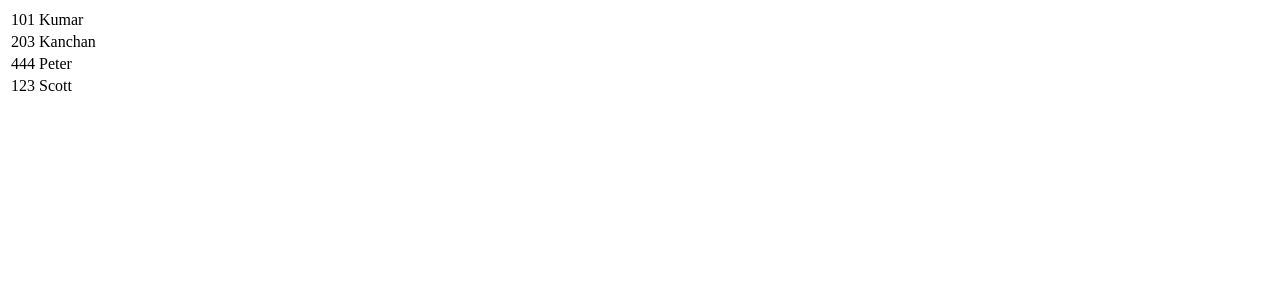
Repository: adithnaveen/SdetBatch3
Page: http://localhost/WebWorks/getemps
An editor plug-in stored every save of this project. The page is shown before and after the next save, followed by the edit.
The browser window is 1280 px wide. The pictures show the whole page.
The page is served by Tomcat 9. Other server files are loaded and not shown.

Above is the page before, as saved 2017-04-04 16:47:30.

### SDET4/WebWorks/WebContent/WEB-INF/views/showall.jsp

<%@page import="com.fannie.beans.Emp"%>
<%@page import="java.util.List"%>
<%@ page language="java" contentType="text/html; charset=ISO-8859-1"
    pageEncoding="ISO-8859-1"%>
<%@ taglib uri="http://java.sun.com/jsp/jstl/core" prefix="core" %>

<!DOCTYPE html PUBLIC "-//W3C//DTD HTML 4.01 Transitional//EN" "http://www.w3.org/TR/html4/loose.dtd">
<html>
<head>
<meta http-equiv="Content-Type" content="text/html; charset=ISO-8859-1">
<title>Insert title here</title>
</head>
<body>
<table>

<core:forEach items="${EMPS}" var="temp">
	<tr>
		<td>${temp.empId}</td>
		<td>${temp.empName }</td>
		<td></td>
	</tr>
</core:forEach>

</table>



</body>
</html>

### SDET4/WebWorks/src/com/fannie/GetAllEmpsController.java
package com.fannie;

import java.io.IOException;
import java.util.List;

import javax.servlet.ServletException;
import javax.servlet.annotation.WebServlet;
import javax.servlet.http.HttpServlet;
import javax.servlet.http.HttpServletRequest;
import javax.servlet.http.HttpServletResponse;

import com.fannie.beans.Emp;
import com.fannie.dao.EmpDAO;

/**
 * Servlet implementation class GetAllEmpsController
 */
@WebServlet("/getemps")
public class GetAllEmpsController extends HttpServlet {

	protected void doGet(HttpServletRequest request, HttpServletResponse response) throws ServletException, IOException {

		EmpDAO dao = new EmpDAO();
		List<Emp>  emps = dao.getAllEmps();

		String uri ="/WEB-INF/views/showall.jsp";

		request.setAttribute("EMPS", emps);
		request.getRequestDispatcher(uri).forward(request, response);
	}

}

### SDET4/WebWorks/src/com/fannie/dao/EmpDAO.java
package com.fannie.dao;

import java.util.ArrayList;
import java.util.List;

import com.fannie.beans.Emp;

public class EmpDAO {
	public List<Emp> getAllEmps(){
		// assume that this method will connect
		// to DB to get all emps
		// which comes from Week 1
		List<Emp> emps = new ArrayList<Emp>();

		emps.add(new Emp(101, "Kumar", 1212));
		emps.add(new Emp(203, "Kanchan", 3322));
		emps.add(new Emp(444, "Peter", 4433));
		emps.add(new Emp(123, "Scott", 7878));

		return emps;

	}


	public boolean insertEmp(Emp emp){
		return false;
	}

}

### SDET4/WebWorks/src/com/fannie/beans/Emp.java
package com.fannie.beans;

public class Emp {
	private int empId;
	private String empName;
	private double empSal;



	public Emp(){}

	public Emp(int empId, String empName, double empSal) {
		super();
		this.empId = empId;
		this.empName = empName;
		this.empSal = empSal;
	}
	public int getEmpId() {
		return empId;
	}
	public void setEmpId(int empId) {
		this.empId = empId;
	}
	public String getEmpName() {
		return empName;
	}
	public void setEmpName(String empName) {
		this.empName = empName;
	}
	public double getEmpSal() {
		return empSal;
	}
	public void setEmpSal(double empSal) {
		this.empSal = empSal;
	}


}

After the next save:
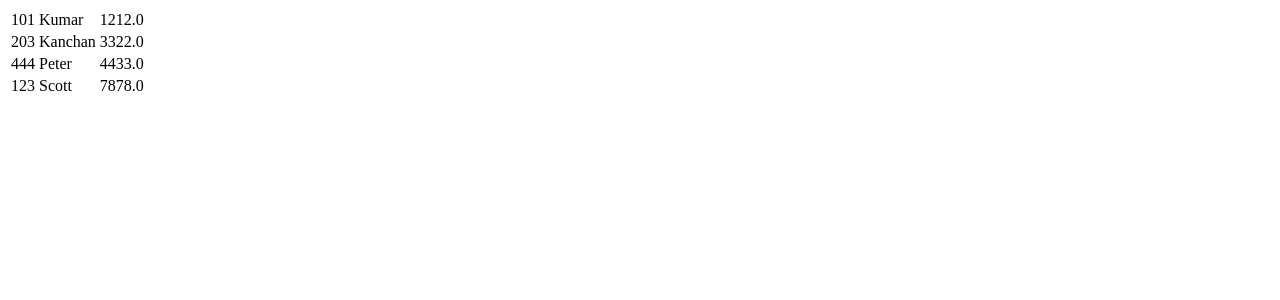
Saved 16 s later.
--- a/SDET4/WebWorks/WebContent/WEB-INF/views/showall.jsp
+++ b/SDET4/WebWorks/WebContent/WEB-INF/views/showall.jsp
@@ -18,7 +18,7 @@
 	<tr>
 		<td>${temp.empId}</td>
 		<td>${temp.empName }</td>
-		<td></td>
+		<td>${temp.empSal }</td>
 	</tr>
 </core:forEach>
 
